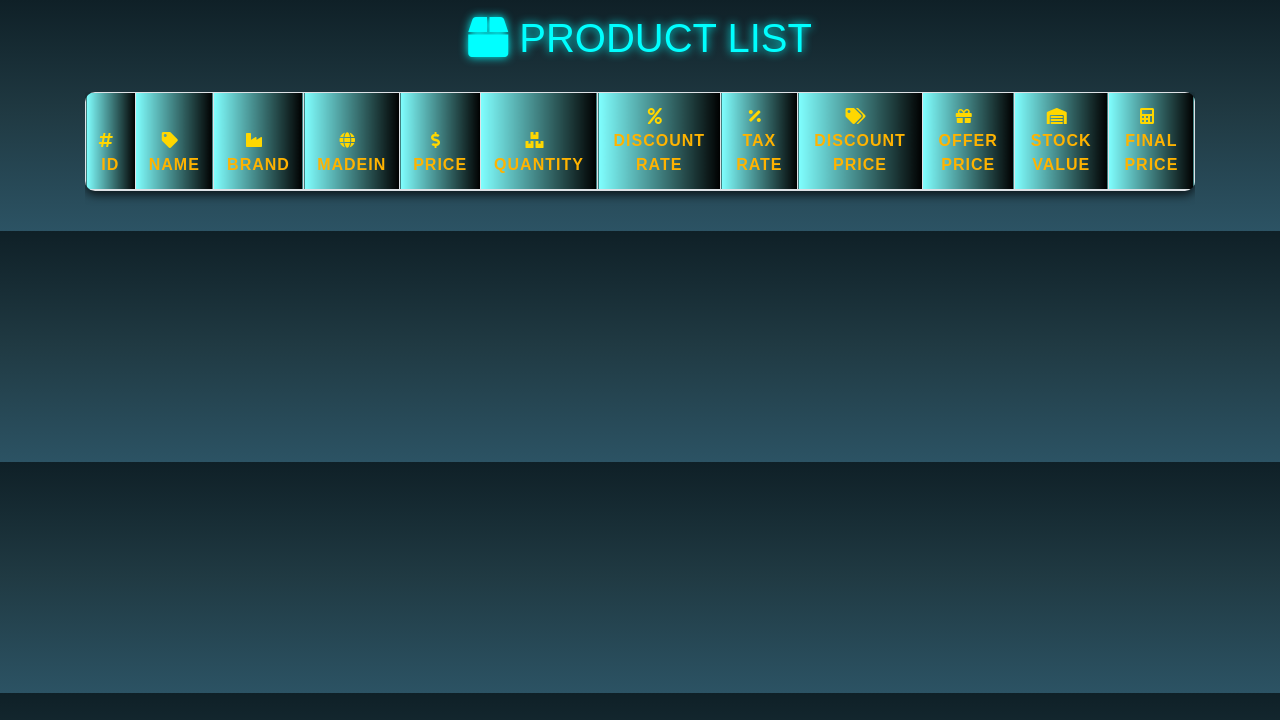
Repository: Ravi-kishor-09/Ravi-projects
Page: http://localhost/product-list
The author's editor kept a copy of each file at every save. The page is drawn from the files as they stood at one save, then again after the next save.
The browser window is 1280 px wide. The pictures show the whole page.
The page is this project's Thymeleaf template; nobody is signed in. The template is opened directly, without the code that normally fills it, so the values that code supplies are empty.

Above is the page before, as saved 2024-12-20 19:23:58.

After the next save:
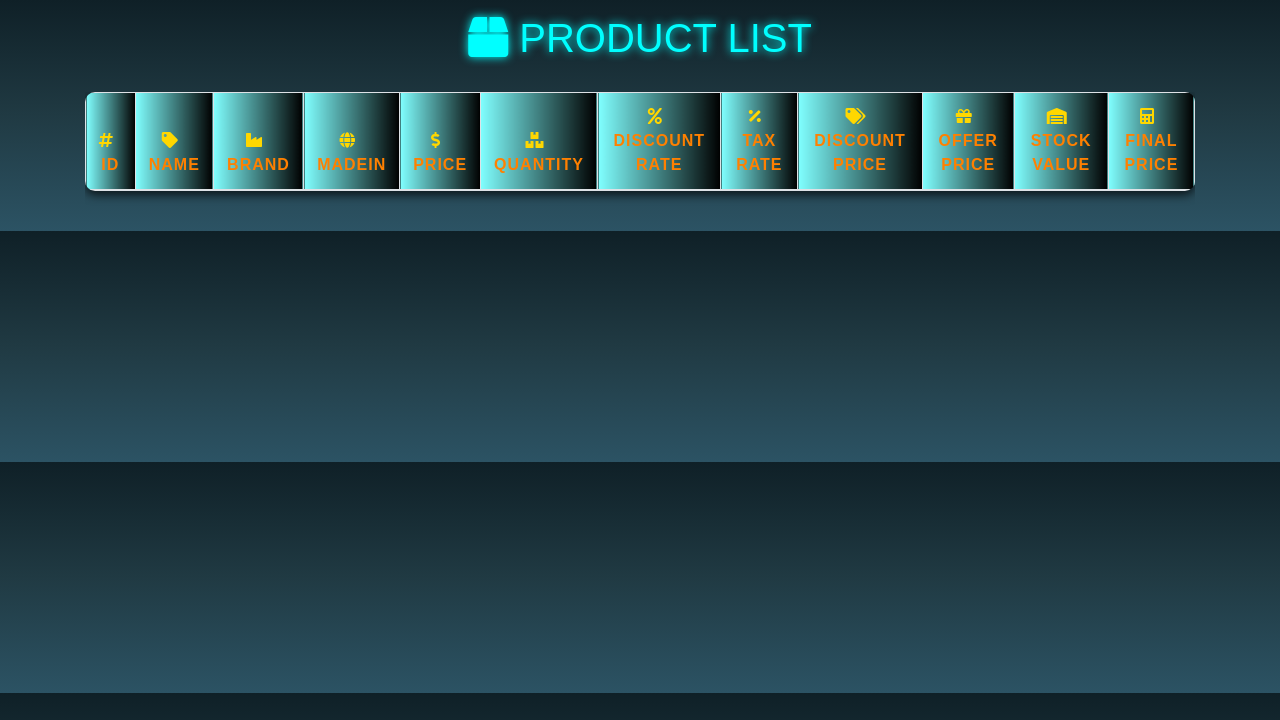
Saved 24 s later.
--- a/spring1/src/main/resources/templates/product-list.html
+++ b/spring1/src/main/resources/templates/product-list.html
@@ -35,7 +35,7 @@
         }
         thead th {
             background: linear-gradient(90deg, rgb(128, 255, 255), rgb(0, 0, 0));
-            color: rgb(255, 179, 0);
+            color: rgb(255, 128, 0);
             font-weight: bold;
             text-transform: uppercase;
             letter-spacing: 1px;
